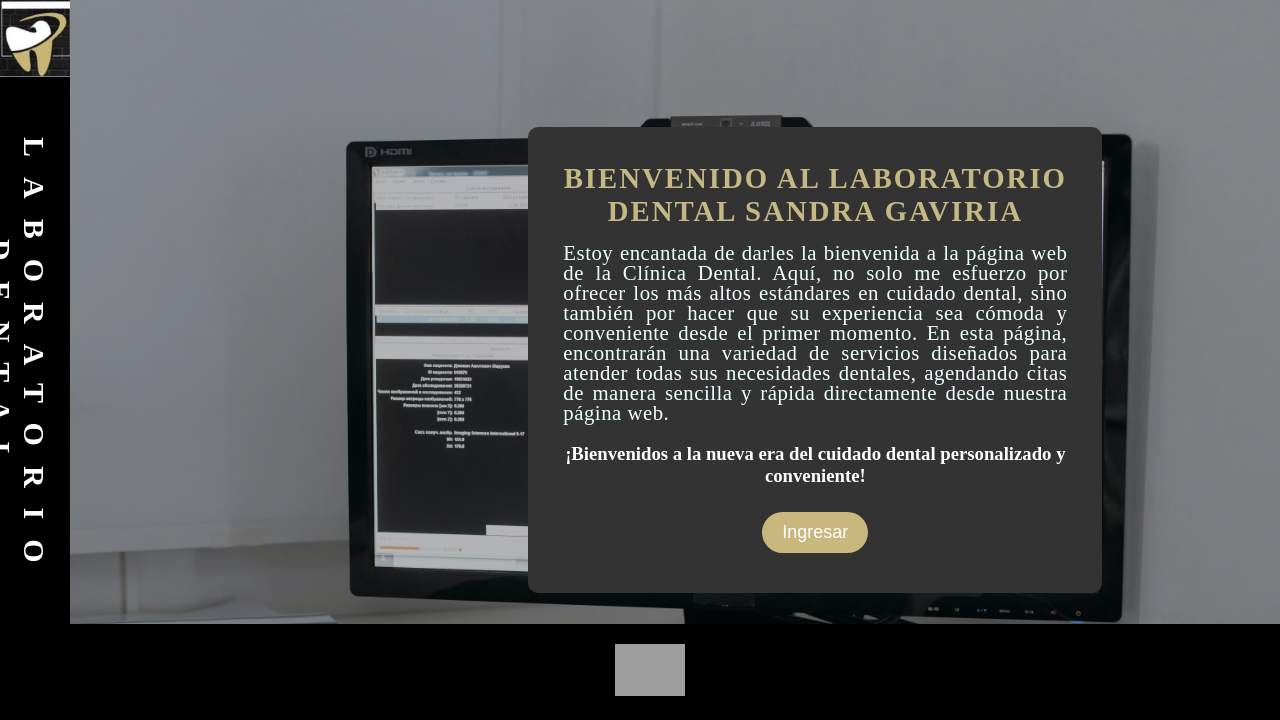
Repository: IIntef/ProyectoDental2.0
Page: Proyecto/Proyecto/Fer.html
An editor plug-in stored every save of this project. The page is shown before and after the next save, followed by the edit.
The browser window is 1280 px wide. The pictures show the whole page.
Pictures or frames that could not be fetched are drawn as grey boxes.

Above is the page before, as saved 2024-06-19 13:29:12.

After the next save:
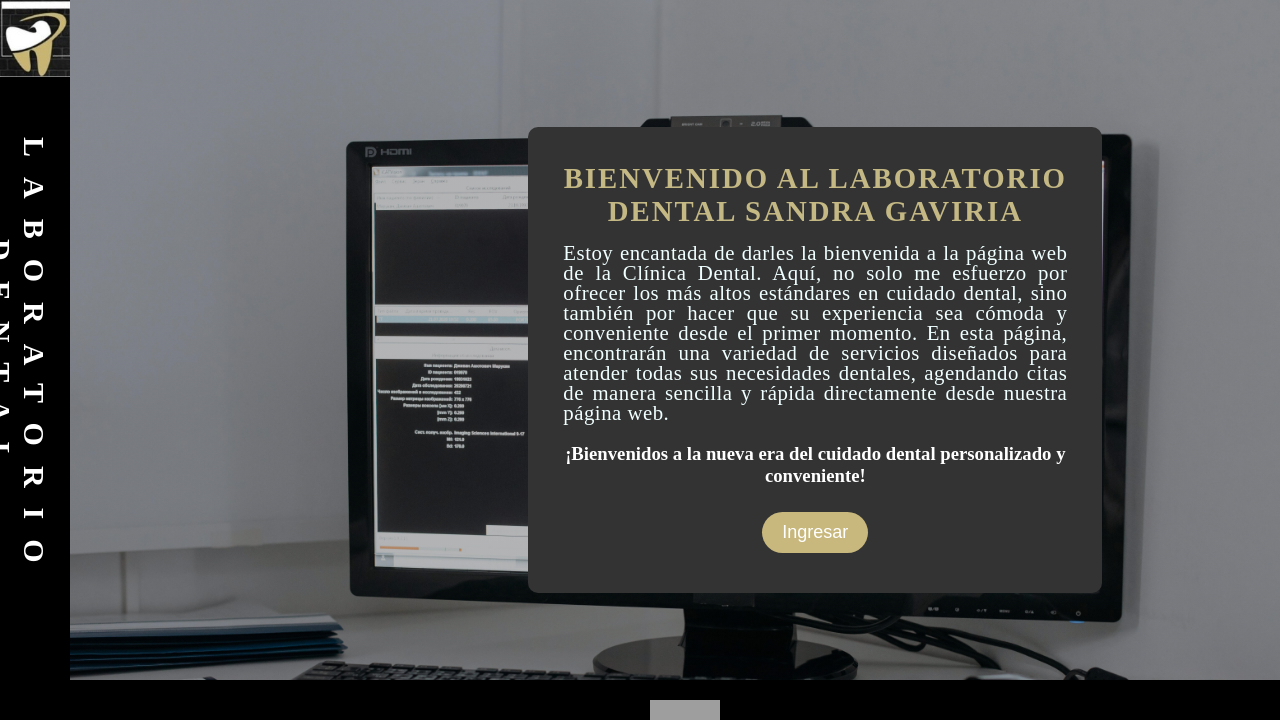
Saved 15 s later.
--- a/Proyecto/Proyecto/StyleFer.css
+++ b/Proyecto/Proyecto/StyleFer.css
@@ -144,5 +144,5 @@
 footer img {
     width: 8vw;
     max-width: 70px;
-    position: inherit;
+    position:fixed;
 }

After the save that followed:
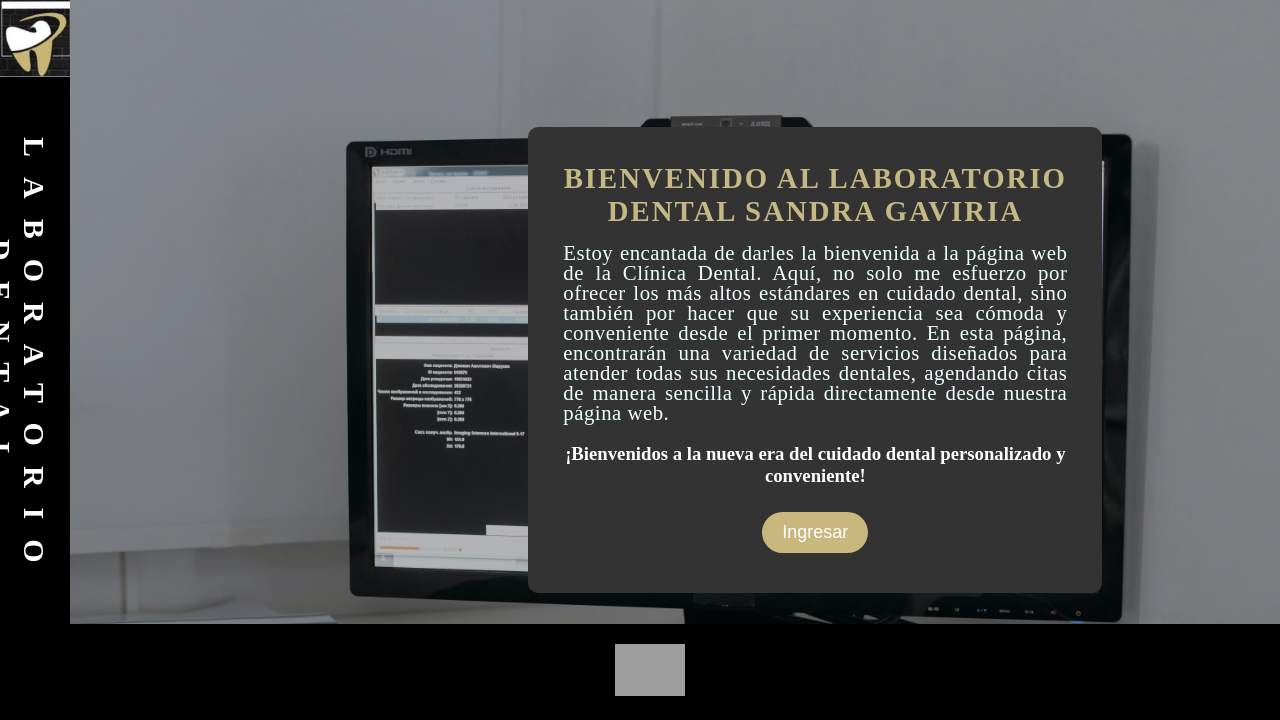
Saved 11 s later.
--- a/Proyecto/Proyecto/StyleFer.css
+++ b/Proyecto/Proyecto/StyleFer.css
@@ -144,5 +144,5 @@
 footer img {
     width: 8vw;
     max-width: 70px;
-    position:fixed;
+    position:relative;
 }
